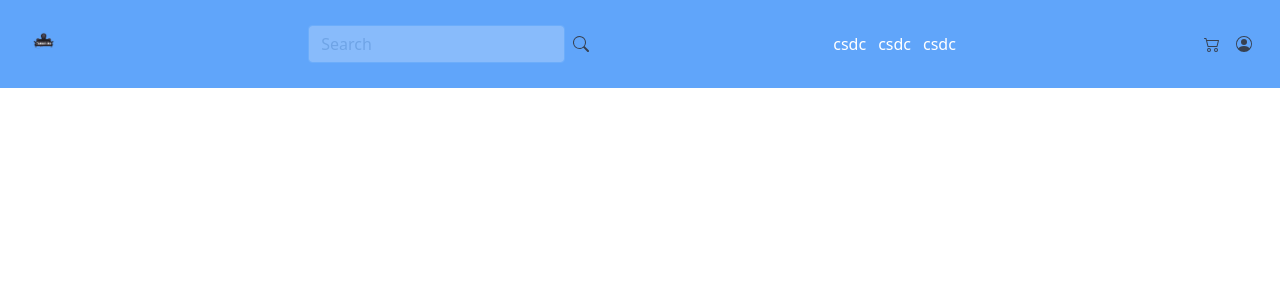
Repository: DevLaukey/Jitu-final
Page: / (app in frontend/)
An editor plug-in stored every save of this project. The page is shown before and after the next save, followed by the edit.
The browser window is 1280 px wide. The pictures show the whole page.
The project was rebuilt for these pictures with package versions that can differ from the ones it lists, and the page was loaded fresh each time.

Above is the page before, as saved 2022-07-13 13:57:30.

### frontend/src/index.js
import React from 'react';
import ReactDOM from 'react-dom/client';
import './index.css';
import App from './App';
import {store } from './redux/store';
import {Provider} from 'react-redux';
const root = ReactDOM.createRoot(document.getElementById('root'));
root.render(
  <Provider store={store}>
    <App />
  </Provider>
);

### frontend/src/App.js
import Navbar from "./components/Navbar";

function App() {
  return (
    <div className="">
    <Navbar />
    </div>
  );
}

export default App;

### frontend/src/components/Navbar.js
import React from "react";
import logo from "./logo.jpg";
import { BsCart2, BsPersonCircle, BsSearch } from "react-icons/bs";
function Navbar() {
  return (
    <header className="flex space-x-4 items-center justify-between align-middle  p-4 bg-blue-400">
      <div className="text-center ">
        <img className="aspect-square w-14" src={logo} alt="" />
      </div>
      <div class="flex items-center justify-center">
        <div class="input-group flex  items-stretch w-full  rounded">
          <input
            type="search"
            class="form-control  flex-auto min-w-0 block w-full px-3 py-1.5 text-base font-normal   bg-clip-padding border border-solid border-blue-300 rounded transition ease-in-out m-0 focus:text-white-900 focus:bg-white focus:border-blue-600 focus:outline-none opacity-25"
            placeholder="Search"
            aria-label="Search"
            aria-describedby="button-addon2"
          />
          <span
            class="input-group-text flex items-center px-2 py-1.5 text-base font-normal text-gray-700 text-center whitespace-nowrap rounded"
            id="basic-addon2"
          >
            <BsSearch />
          </span>
        </div>
      </div>
      <div>
        <ul className="hidden text-white py-1.5 md:flex space-x-3 text-center">
          <li>csdc</li>
          <li>csdc</li>
          <li>csdc</li>
        </ul>
      </div>
      <div class="space-x-4 text-gray-700 flex  px-3 py-2.5  text-center whitespace-nowrap rounded">
        <BsCart2 />
        <BsPersonCircle />
      </div>
    </header>
  );
}

export default Navbar;

Loaded but not shown: frontend/public/index.html (common file); frontend/src/index.css (common file); frontend/src/redux/store.js (common file); frontend/tailwind.config.js (common file)

After the next save:
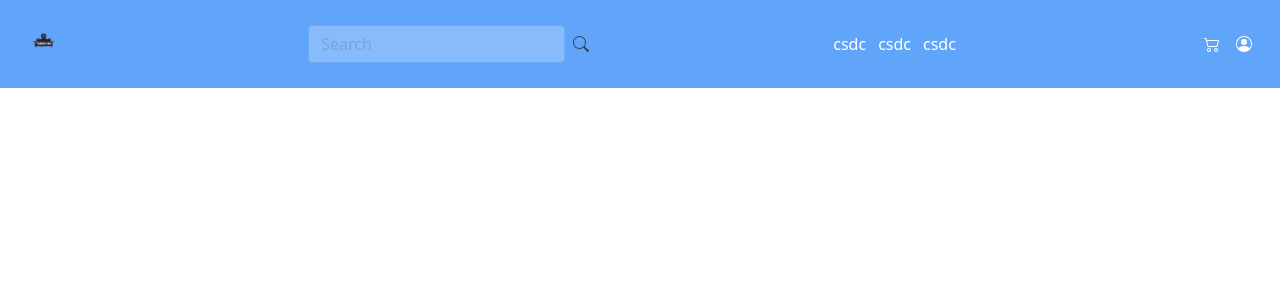
Saved 8 s later.
--- a/frontend/src/components/Navbar.js
+++ b/frontend/src/components/Navbar.js
@@ -31,7 +31,7 @@ function Navbar() {
           <li>csdc</li>
         </ul>
       </div>
-      <div class="space-x-4 text-gray-700 flex  px-3 py-2.5  text-center whitespace-nowrap rounded">
+      <div class="space-x-4 text-white flex  px-3 py-2.5  text-center whitespace-nowrap rounded">
         <BsCart2 />
         <BsPersonCircle />
       </div>
